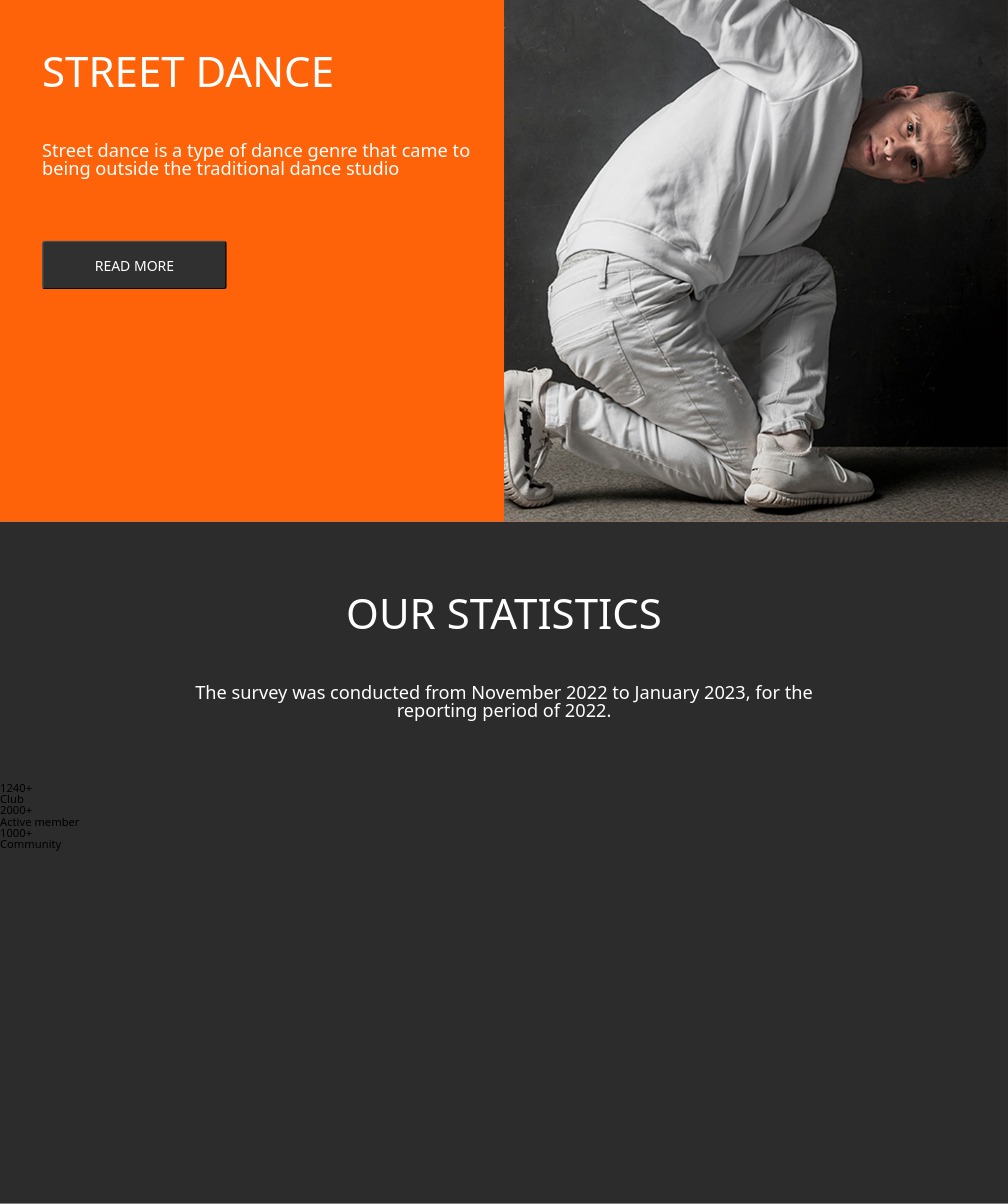
Repository: KinD2704/Web-University
Page: Bai30/index.html
An editor plug-in stored every save of this project. The page is shown before and after the next save, followed by the edit.
The browser window is 1280 px wide. The page is 1440 px wide, so the pictures cover 1440 px, including what lies to the right of the window. The pictures show the part of the page from y = 3928 to 5648 px (the page is 5648 px tall), at 70% of full size.

Above is the page before, as saved 2023-12-23 22:03:50.

### Bai30/index.html
<!DOCTYPE html>
<html lang="en">
    <head>
        <meta charset="UTF-8" />
        <meta name="viewport" content="width=device-width, initial-scale=1.0" />
        <title>les 30 percent</title>
        <link rel="stylesheet" href="css/reset.css" />
        <link rel="stylesheet" href="css/global.css">
        <link rel="stylesheet" href="css/styles.css" />
    </head>
    <body>
        <!-- Header -->
        <header>
            <div class="container">
                <div>
                    <img src="img/logo.png" alt="logo" class="logo1" />
                </div>
                <div>
                    <ul>
                        <li><a href="#!">HOME</a></li>
                        <li><a href="#!">PRODUCT</a></li>
                        <li><a href="#!">FEEDBACK</a></li>
                        <li><a href="#!">ABOUT</a></li>
                        <li><a href="#!">CONTACT</a></li>
                    </ul>
                </div>
                <div>
                    <img src="img/search.png" alt="search" class="search" />
                </div>
            </div>
        </header>

        <div class="banner1"></div>
        <div class="banner2">
            <div class="banner2__container">
                <div class="banner2__text banner2__text1">
                    <p>Dance Tour</p>
                </div>
                <div class="banner2__text banner2__text2">
                    <p>
                        Lorem ipsum dolor sit amet, consectetur adipiscing elit.
                        Vivamus lacinia odio vitae vestibulum vestibulum.
                    </p>
                </div>
                <div class="banner2__item">
                    <div class="banner2__item1">
                        <img src="img/item1.png" alt="" />
                        <p>AMERICA</p>
                        <p>
                            Lorem ipsum dolor sit amet, consectetur adipiscing
                            elit.
                        </p>
                    </div>
                    <div class="banner2__item1">
                        <img src="img/item2.png" alt="" />
                        <p>ASIA</p>
                        <p>
                            Lorem ipsum dolor sit amet, consectetur adipiscing
                            elit.
                        </p>
                    </div>
                    <div class="banner2__item1">
                        <img src="img/item3.png" alt="" />
                        <p>AUSTRALIA</p>
                        <p>
                            Lorem ipsum dolor sit amet, consectetur adipiscing
                            elit.
                        </p>
                    </div>
                </div>
            </div>
        </div>
        <div class="banner3">
            <div class="banner2__container">
                <div class="banner2__text banner2__text1">
                    <p>Dance Tour</p>
                </div>
                <div class="banner2__text banner2__text2">
                    <p>
                        Lorem ipsum dolor sit amet, consectetur adipiscing elit.
                        Vivamus lacinia odio vitae vestibulum vestibulum.
                    </p>
                </div>
                <div class="banner2__item">
                    <div class="banner3__item1">
                        <div class="imgBasic"><img src="img/basic.png" alt=""></div>
                        <p>basic</p>
                        <p>Lorem ipsum dolor sit amet, consectetur adipiscing elit</p>
                        <div class="bannerBtn"><button>$150.00</button></div>
                    </div>
                    <div class="banner3__item1">
                        <div class="imgBasic"><img src="img/basic.png" alt="" /></div>
                        <p>Professional</p>
                        <p>Lorem ipsum dolor sit amet, consectetur adipiscing elit</p>
                        <div class="bannerBtn"><button>$200.00</button></div>
                    </div>
                    <div class="banner3__item1">
                        <div class="imgBasic"><img src="img/basic.png" alt="" /></div>
                        <p>Ultimate</p>
                        <p>Lorem ipsum dolor sit amet, consectetur adipiscing elit</p>
                        <div class="bannerBtn"><button>$250.00</button></div>
                    </div>
                </div>
        </div>
        <div class="banner4">
            <div class="banner4__container">
                <div class="banner4__item1">
                    <img src="img/anh-banner4.png" alt="">
                </div>
                <div class="banner4__item2">
                    <p class="p1">BREAKING DANCE</p>
                    <p class="p2">the dancers who perform it. Breaking is popular in many places, but many people do not understand it </p>
                    <div class="bannerBtn"><button class="banner5-Btn">READ MORE</button></div>
                </div>

            </div>
        </div>
        <div class="banner5">
            <div class="banner5__container">
                <div class="banner5__item1">
                    <p class="p1">STREET DANCE</p>
                    <p class="p2">Street dance is a type of dance genre that came to being outside the traditional dance studio</p>
                    <div class="bannerBtn"><button class="banner5-Btn">READ MORE</button></div>
                </div>
                <div class="banner5__item2">
                    <img src="img/anh-banner5.png" alt="">
                </div>
            </div>
        </div>
        <div class="banner6 .d-flex">
            <div class="banner2__container">
                <div class="banner2__text banner2__text1">
                    <p class="text-up">Our Statistics</p>
                </div>
                <div class="banner2__text banner2__text2">
                    <p>
                        The survey was conducted from November 2022 to January
                        2023, for the reporting period of 2022.
                    </p>
                </div>
                <div class="banner6__item">
                    <div class="banner6__item1">
                        <p>1240+</p>
                        <p>Club</p>
                    </div>
                    <div class="banner6__item1">
                        <p>2000+</p>
                        <p>Active member</p>
                    </div>
                    <div class="banner6__item1">
                        <p>1000+</p>
                        <p>Community</p>
                    </div>
                </div>
        </div>
        <div class="banner7"></div>
        <div class="banner8"></div>
        <div class="banner9"></div>

        <!-- Footer -->
        <footer></footer>
    </body>
</html>

### Bai30/css/reset.css
article,
aside,
details,
figcaption,
figure,
footer,
header,
hgroup,
menu,
nav,
section {
    display: block;
}
body {
    line-height: 1;
}
ol,
ul {
    list-style: none;
}
blockquote,
q {
    quotes: none;
}
blockquote:before,
blockquote:after,
q:before,
q:after {
    content: "";
    content: none;
}
table {
    border-collapse: collapse;
    border-spacing: 0;
}

### Bai30/css/global.css
.text-up {
    text-transform: uppercase;
}
.d-flex {
    display: flex;
}

### Bai30/css/styles.css
* {
    margin: 0;
    padding: 0;
    font-family: system-ui, -apple-system, BlinkMacSystemFont, "Segoe UI",
        Roboto, Oxygen, Ubuntu, Cantarell, "Open Sans", "Helvetica Neue",
        sans-serif;
    box-sizing: border-box;
}
body {
    width: 1440px;
    margin: 0 auto;
}
/* Header */
header {
    position: fixed;
    width: 1440px;
    height: 103px;
    background-color: #303030;
}
.container {
    display: flex;
    justify-content: space-around;
    line-height: 103px;
}
.container .search {
    font-size: 28px;
    margin-top: 40px;
}
.container .logo1 {
    margin-top: 20px;
}
header ul li {
    display: inline-block;
}
header ul li a {
    text-decoration: none;
    color: #ffffff;
    font-size: 20px;
    margin: 0 20px;
    transition: 0.5s;
}
header ul li:hover a {
    color: orange;
}
/* banner 1 */
.banner1 {
    background-image: url("../img/banner1.png");
    height: 796px;
    background-repeat: no-repeat;
    background-size: cover;
    z-index: 0;
}
/* banner 2 */
.banner2 {
    background-image: url("../img/banner2.png");
    /* height: 974px; */
}
.banner2__container {
    padding: 100px 0;
}
.banner2__container .banner2__text p {
    color: #ffffff;
}

.banner2__item {
    display: flex;
    justify-content: space-evenly;
}
.banner2__text1 p {
    font-size: 60px;
    text-align: center;
    text-transform: uppercase;
}
.banner2__text2 p {
    font-size: 26px;
    text-align: center;
    width: 892px;
    margin: 0 auto;
    margin-top: 70px;
    margin-bottom: 90px;
}
/* item */
.banner2__item1 {
    background-image: url("/img/background-item.png");
    width: 372px;
    height: 493px;
}

.banner2__item1 p {
    color: #ffffff;
    width: 372px;
}
.banner2__item1 p:first-of-type {
    display: block;
    font-size: 30px;
    text-align: center;
    margin-top: 45px;
}
.banner2__item1 p:last-of-type {
    display: block;
    font-size: 18px;
    text-align: center;
    margin-bottom: 40px;
    margin-top: 20px;
}

/* banner3 */
.banner3 {
    background-image: url("../img/banner3.png");
    height: 974px;
}
.banner3__item1 {
    color: white;
    background-image: url("../img/background-item-1.png");
    width: 372px;
    height: 493px;
}
.banner3__item1 .imgBasic {
    width: 372px;
    text-align: center;
    margin: 60px auto;
}
.banner3__item1 p:first-of-type {
    display: block;
    font-size: 30px;
    text-align: center;
    text-transform: uppercase;
    margin-bottom: 30px;
}
.banner3__item1 p:last-of-type {
    display: block;
    font-size: 18px;
    text-align: center;
    margin-bottom: 30px;
}
.banner3__item1 .bannerBtn {
    margin: 0 auto;
    width: 372px;
    text-align: center;
}
.banner3__item1 button,
.banner5-Btn {
    height: 70px;
    width: 80%;
    text-align: center;
    color: white;
    background-color: #303030;
    border-radius: 5px;
    font-size: 20px;
    transition: 0.5s;
}
.bannerBtn:hover button,
.bannerBtn:hover .banner5-Btn {
    background-color: gold;
    cursor: pointer;
    color: sienna;
}
/* Banner 4 */
.banner4 {
    background-image: url("../img/banner4.png");
    height: 974px;
}
.banner4__container,
.banner5__container {
    display: flex;
}
.banner4__item1,
.banner4__item2,
.banner5__item1,
.banner5__item2 {
    flex-basis: 50%;
}
.banner4__item1 img,
.banner5__item2 img {
    width: 100%;
    height: 974px;
    object-fit: cover;
}
.banner4__item2,
.banner5__item1 {
    color: white;
    padding-left: 60px;
}
/* Banner 5 */
.banner5 {
    background-image: url("../img/banner5.png");
    height: 974px;
}
.banner5-Btn {
    width: 40%;
    margin-bottom: 270px;
}
.p1 {
    font-size: 60px;
    text-transform: uppercase;
    margin-top: 300px;
}
.p2 {
    font-size: 26px;
    margin: 0 auto;
    margin-top: 70px;
    margin-bottom: 90px;
}
/* banner 6 */
.banner6 {
    background-image: url("../img/banner6.png");
    height: 974px;
}

After the next save:
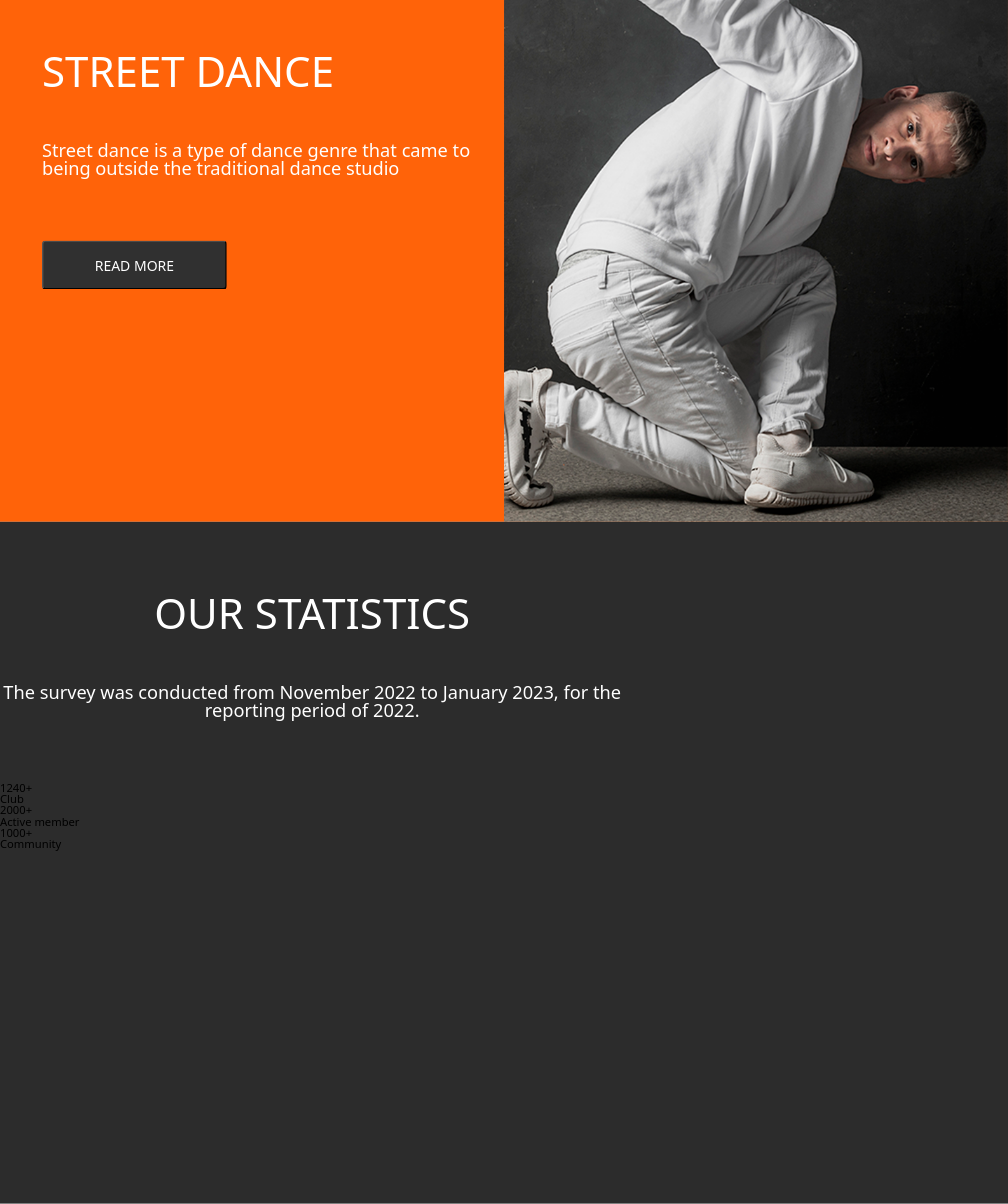
Saved 8 s later.
--- a/Bai30/index.html
+++ b/Bai30/index.html
@@ -127,7 +127,7 @@
                 </div>
             </div>
         </div>
-        <div class="banner6 .d-flex">
+        <div class="banner6 d-flex">
             <div class="banner2__container">
                 <div class="banner2__text banner2__text1">
                     <p class="text-up">Our Statistics</p>
